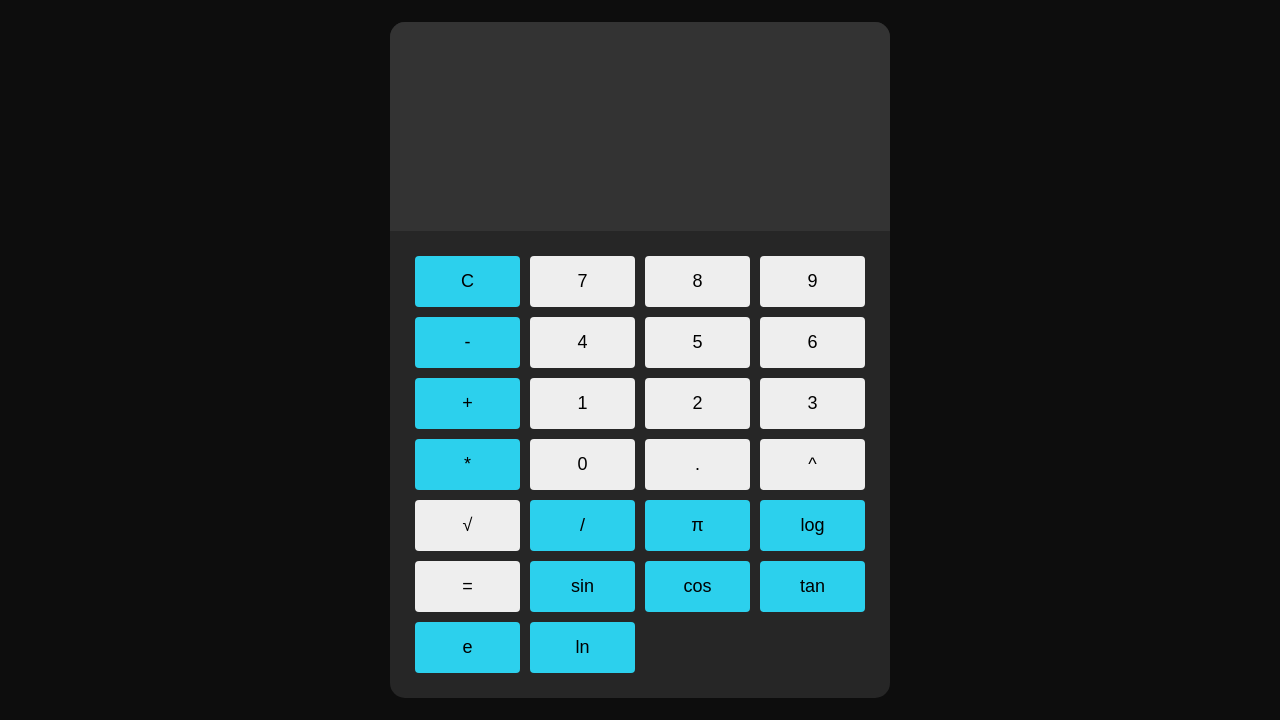
Repository: Haakim19/JavaScript
Page: Calculater/Main.html
An editor plug-in stored every save of this project. The page is shown before and after the next save, followed by the edit.
The browser window is 1280 px wide. The pictures show the whole page.

Above is the page before, as saved 2024-10-23 10:26:25.

After the next save:
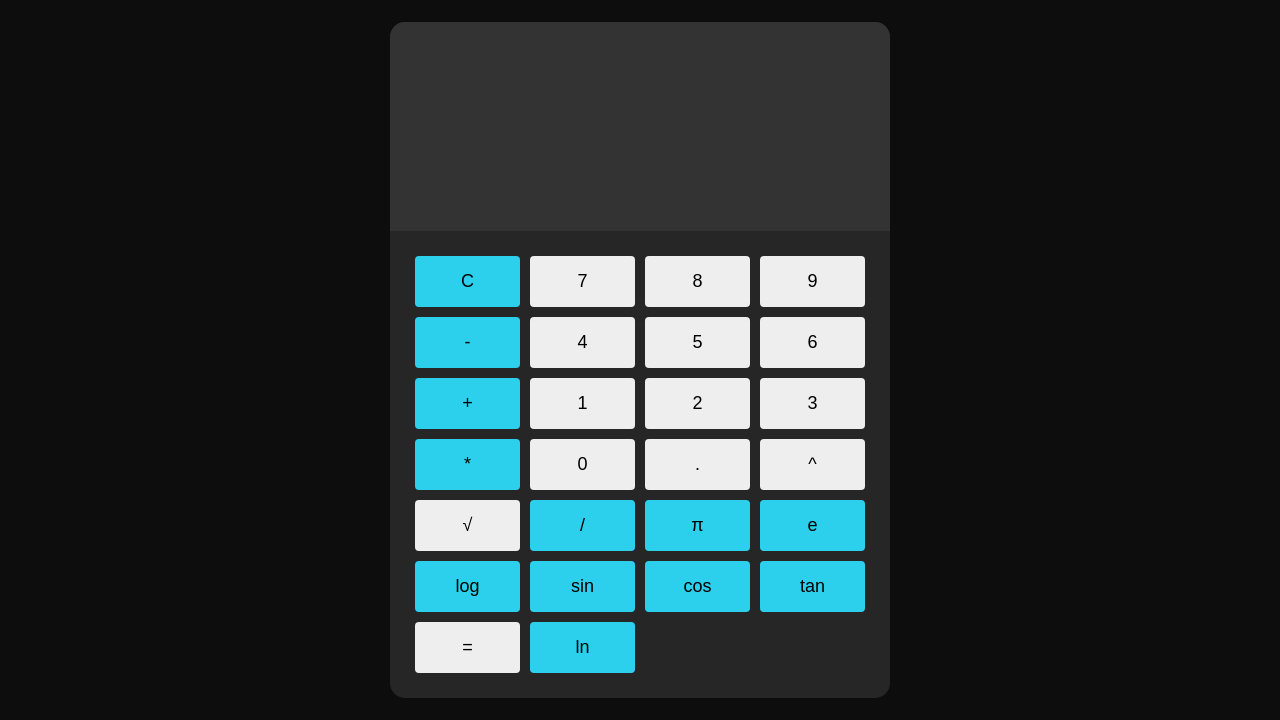
Saved 17 s later.
--- a/Calculater/Main.html
+++ b/Calculater/Main.html
@@ -31,12 +31,12 @@
                 <button onclick="appentToDisplay('Math.sqrt()')" >√</button>
                 <button onclick="appentToDisplay('/')" class="operator-btn">/</button>
                 <button onclick="appendToDisplay('Math.PI()')" class="operator-btn">π</button>
+                <button onclick="appentToDisplay('Math.e()')" class="operator-btn">e</button>
                 <button onclick="appentToDisplay('Math.log10()')" class="operator-btn">log</button>
-                <button onclick="calculate()" >=</button>
                 <button onclick="appentToDisplay('Math.sin()')" class="operator-btn">sin</button>
                 <button onclick="appentToDisplay('Math.cos()')" class="operator-btn">cos</button>
                 <button onclick="appentToDisplay('Math.tan()')" class="operator-btn">tan</button>
-                <button onclick="appentToDisplay('Math.e()')" class="operator-btn">e</button>
+                <button onclick="calculate()" >=</button>
                 <button onclick="appentToDisplay('Math.log()')" class="operator-btn">ln</button>
             </div>
         </div>
